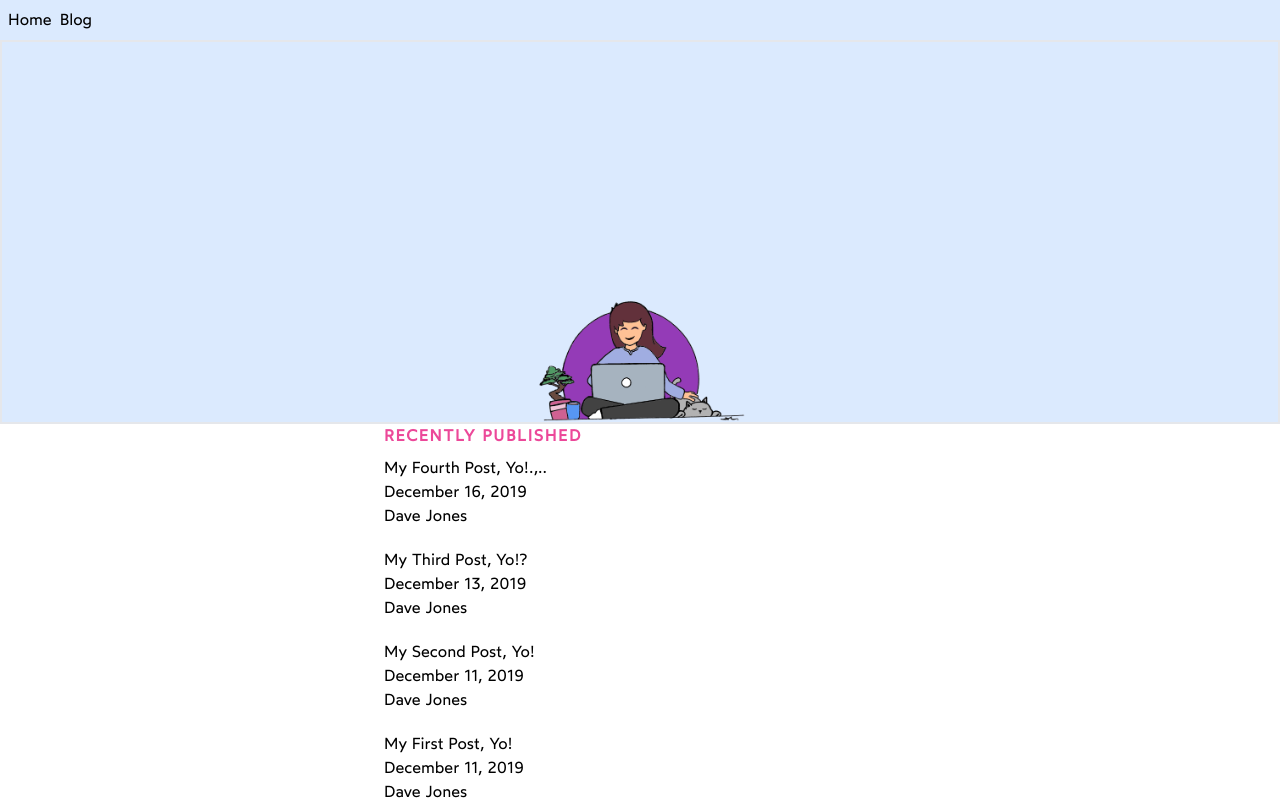
Repository: Risclover/markdown-blog
Page: /
The author's editor kept a copy of each file at every save. The page is drawn from the files as they stood at one save, then again after a run of saves.
The browser window is 1280 px wide. The pictures show the whole page.
The project was rebuilt for these pictures with package versions that can differ from the ones it lists, and the page was loaded fresh each time.

Above is the page before, as saved 2023-06-28 12:10:12.

After the next 4 saves:
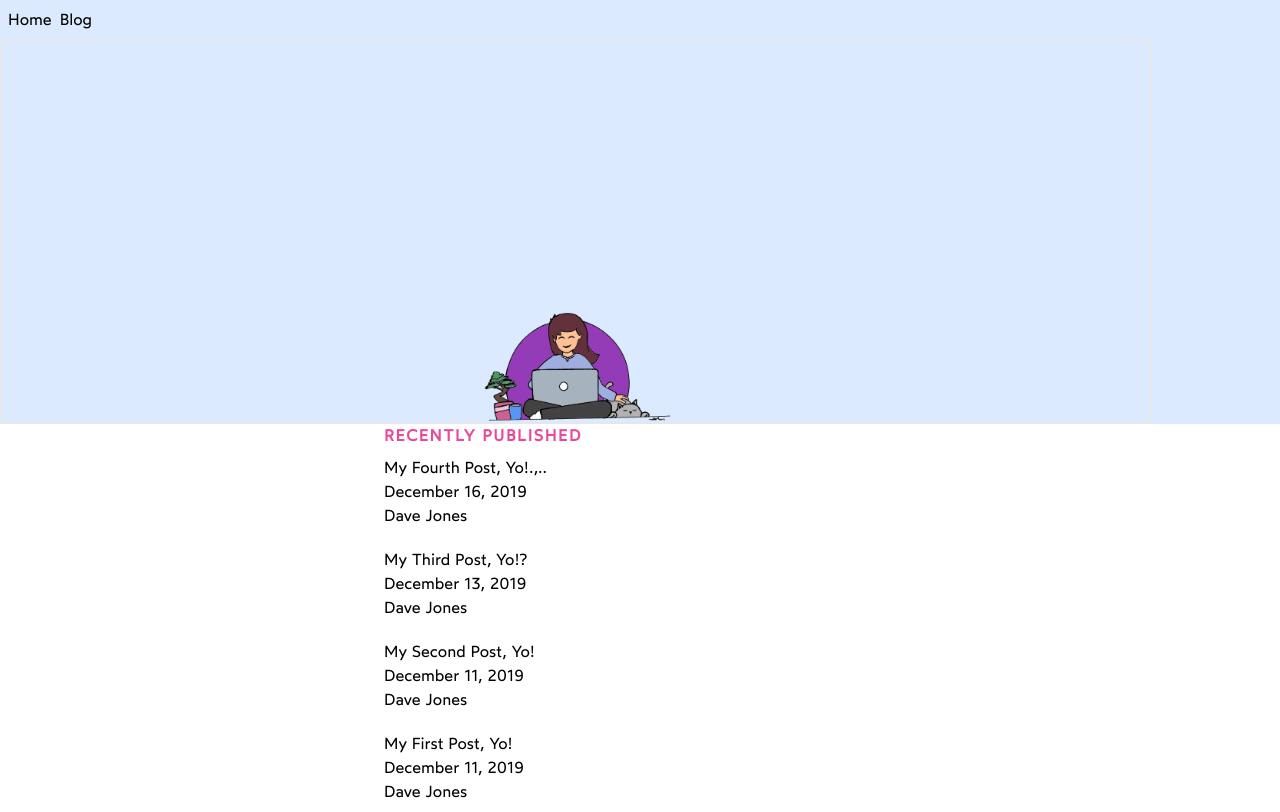
The 4 saves are shown as one change because 2 did not build or start and some came seconds apart.
The last was saved 31 s later.
--- a/src/components/Header.js
+++ b/src/components/Header.js
@@ -2,6 +2,8 @@ import React from "react";
 
 export default function Header({ children }) {
   return (
-    <header className="w-full bg-blue-100 flex flex-col">{children}</header>
+    <header className="w-full bg-blue-100 flex flex-col">
+      <div className="max-w-6xl">{children}</div>
+    </header>
   );
 }
